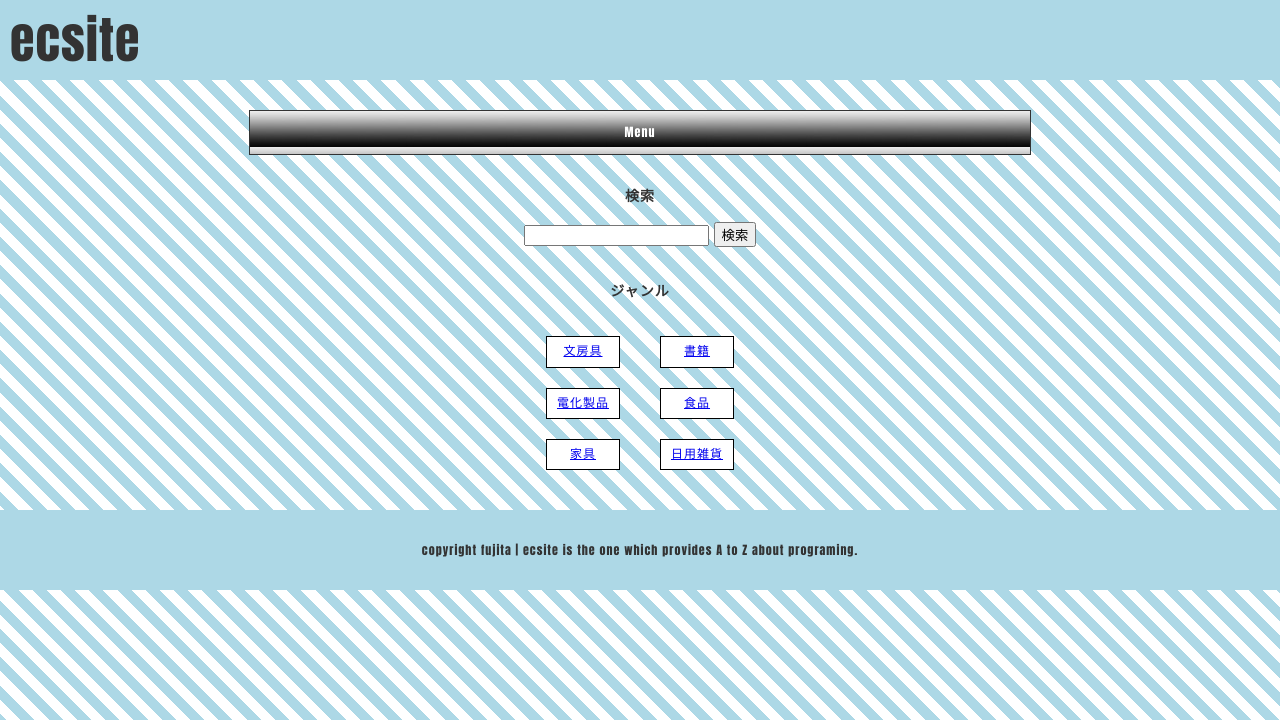
Repository: ryousukefujita-0423/test
Page: http://localhost/ecsite/menu.jsp
The author's editor kept a copy of each file at every save. The page is drawn from the files as they stood at one save, then again after the next save.
The browser window is 1280 px wide. The pictures show the whole page.
The page is served by Tomcat 9.

Above is the page before, as saved 2019-03-22 04:41:16.

After the next save:
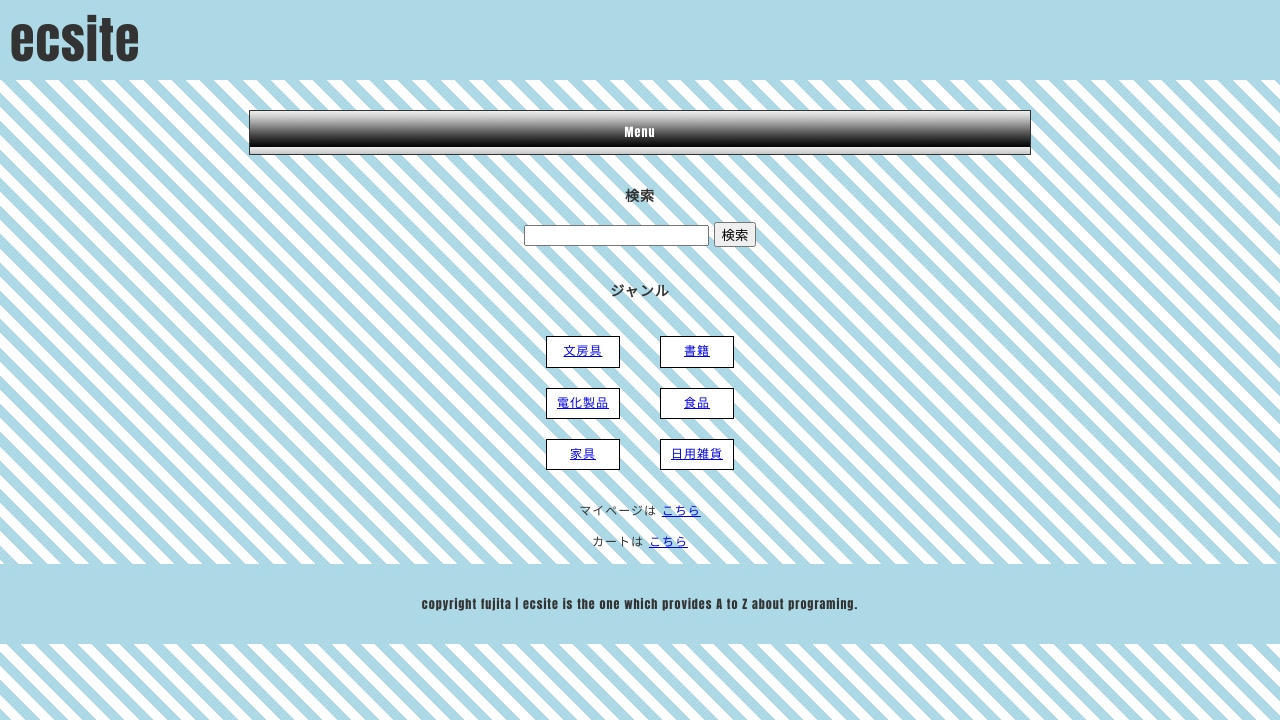
Saved 70 s later.
--- a/ecsite/WebContent/menu.jsp
+++ b/ecsite/WebContent/menu.jsp
@@ -50,6 +50,12 @@
 				</tr>
 			</table>
 		</div>
+		<p>
+			マイページは <a href='<s:url action="MyPageAction" />'>こちら</a>
+		</p>
+		<p>
+			カートは <a href='<s:url action="MyCartAction" />'>こちら</a>
+		</p>
 	</div>
 	<div id="footer">copyright fujita | ecsite is the one which
 		provides A to Z about programing.</div>
